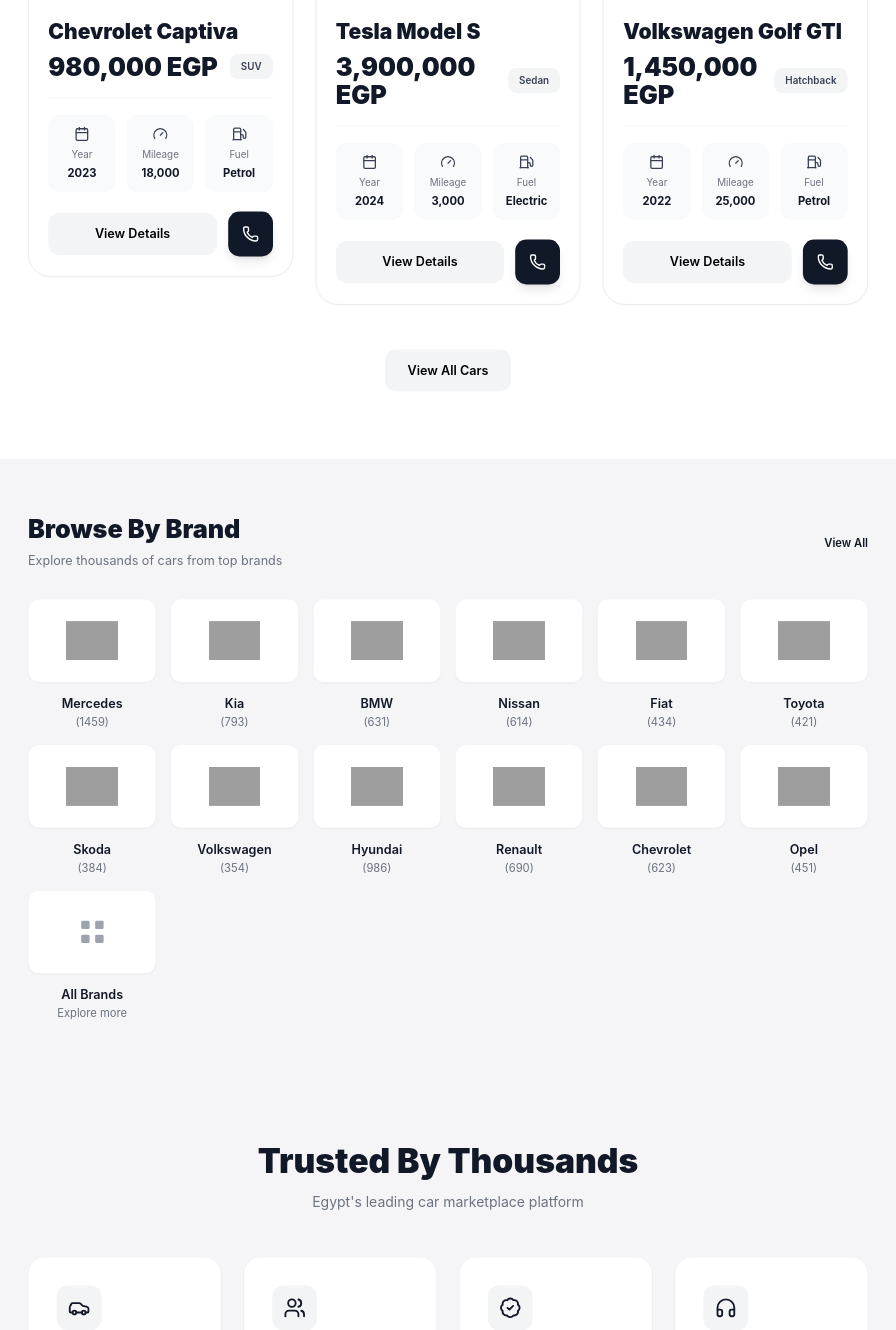
Repository: Hazem-Amr/Car-Price-Prediction
Page: / (app in frontend/)
The author's editor kept a copy of each file at every save. The page is drawn from the files as they stood at one save, then again after the next save.
The browser window is 1280 px wide. The pictures show the part of the page from y = 4105 to 6005 px (the page is 7592 px tall), at 70% of full size.
Pictures or frames that could not be fetched are drawn as grey boxes. The project was rebuilt for these pictures with package versions that can differ from the ones it lists, and the page was loaded fresh each time. Also part of the build but not shown: frontend/vite.config.js, frontend/src/components/PricePredictorSection.jsx, frontend/src/data/userListings.js, frontend/src/components/CarsFilter.jsx, frontend/src/pages/Cars.jsx, frontend/src/pages/CarDetails.jsx, frontend/src/pages/Brands.jsx, frontend/src/pages/About.jsx and 5 more.

Above is the page before, as saved 2026-05-27 23:41:16.

### frontend/index.html
<!doctype html>
<html lang="en">
  <head>
    <meta charset="UTF-8" />
    <link rel="icon" type="image/svg+xml" href="/favicon.svg" />
    <meta name="viewport" content="width=device-width, initial-scale=1.0" />
    <title>Tara</title>
  </head>
  <body>
    <div id="root"></div>
    <script type="module" src="/src/main.jsx"></script>
  </body>
</html>

### frontend/src/App.jsx
import React from "react";
import { Routes, Route } from "react-router-dom";
import MainLayout from "./layouts/MainLayout";
import Home from "./pages/Home";
import Cars from "./pages/Cars";
import CarDetails from "./pages/CarDetails";
import Brands from "./pages/Brands";
import About from "./pages/About";
import Contact from "./pages/Contact";
import PricePredictor from "./pages/PricePredictor";
import SellCar from "./pages/SellCar";

export default function App() {
  return (
    <Routes>
      <Route path="/" element={<MainLayout />}>
        <Route index element={<Home />} />
        <Route path="/cars" element={<Cars />} />
        <Route path="/cars/:id" element={<CarDetails />} />
        <Route path="/brands" element={<Brands />} />
        <Route path="/price-predictor" element={<PricePredictor />} />
        <Route path="/sell-car" element={<SellCar />} />
        <Route path="/about" element={<About />} />
        <Route path="/contact" element={<Contact />} />
      </Route>
    </Routes>
  );
}

### frontend/src/index.css
@tailwind base;
@tailwind components;
@tailwind utilities;

html,
body,
#root {
  width: 100%;
  min-height: 100%;
  margin: 0;
  padding: 0;
  overflow-x: hidden;
}

body {
  font-family: Inter, sans-serif;
  background: #ffffff;
}

* {
  box-sizing: border-box;
}

### frontend/src/layouts/MainLayout.jsx
import React from "react";
import { Outlet } from "react-router-dom";
import Navbar from "../components/Navbar";
import Footer from "../components/Footer";

export default function MainLayout() {
  return (
    <div className="w-full min-h-screen bg-white overflow-x-hidden">
      <Navbar />

      <main className="w-full">
        <Outlet />
      </main>

      <Footer />
    </div>
  );
}

### frontend/src/pages/Home.jsx
import Hero from "../components/Hero";
import SearchBar from "../components/SearchBar";
import FeaturedCars from "../components/FeaturedCars";
import BrandGrid from "../components/BrandGrid";
import StatsSection from "../components/StatsSection";
import CTASection from "../components/CTASection";
import PricePredictor from "../components/PricePredictorSection";
import BrowseCategories from "../components/BrowseCategories";

export default function Home() {
  return (
    <>
      <Hero />
      <SearchBar />
      <BrowseCategories />
      <FeaturedCars />
      <BrandGrid />
      <StatsSection />
      <CTASection />
    </>
  );
}

### frontend/src/components/Navbar.jsx
import React, { useState } from "react";
import { Link, NavLink } from "react-router-dom";
import { Menu, X } from "lucide-react";
import logo from "../assets/logo.png";

const navLinks = [
  {
    name: "Home",
    path: "/",
  },

  {
    name: "Cars",
    path: "/cars",
  },

  {
    name: "Brands",
    path: "/brands",
  },

  {
    name: "AI Pricing",
    path: "/price-predictor",
  },

  {
    name: "About",
    path: "/about",
  },

  {
    name: "Contact",
    path: "/contact",
  },
];

export default function Navbar() {
  const [isOpen, setIsOpen] = useState(false);

  return (
    <header className="fixed top-0 left-0 w-full z-50 bg-white/90 backdrop-blur-xl border-b border-gray-100">
      <div className="max-w-[1400px] mx-auto px-6 md:px-10">
        <div className="flex items-center justify-between h-24">
          {/* Logo */}
          <Link to="/" className="flex items-center">
            <img src={logo} alt="Tara Logo" className="h-14 object-contain" />
          </Link>

          {/* Desktop Nav */}
          <nav className="hidden lg:flex items-center gap-10">
            {navLinks.map((link) => (
              <NavLink
                key={link.name}
                to={link.path}
                className={({ isActive }) =>
                  `text-lg font-semibold transition-all duration-300 ${
                    isActive
                      ? "text-gray-900"
                      : "text-gray-500 hover:text-gray-900"
                  }`
                }
              >
                {link.name}
              </NavLink>
            ))}

            {/* CTA */}
            <Link to="/sell-car">
              <button className="bg-gray-900 hover:bg-black text-white px-7 py-3 rounded-2xl font-semibold transition-all duration-300 shadow-lg">
                Sell Your Car
              </button>
            </Link>
          </nav>

          {/* Mobile Menu Button */}
          <button
            onClick={() => setIsOpen(!isOpen)}
            className="lg:hidden w-12 h-12 rounded-2xl bg-gray-100 flex items-center justify-center"
          >
            {isOpen ? (
              <X size={26} className="text-gray-900" />
            ) : (
              <Menu size={26} className="text-gray-900" />
            )}
          </button>
        </div>
      </div>

      {/* Mobile Menu */}
      {isOpen && (
        <div className="lg:hidden bg-white border-t border-gray-100 shadow-xl">
          <div className="px-6 py-8 flex flex-col gap-5">
            {navLinks.map((link) => (
              <NavLink
                key={link.name}
                to={link.path}
                onClick={() => setIsOpen(false)}
                className={({ isActive }) =>
                  `text-lg font-semibold transition ${
                    isActive
                      ? "text-gray-900"
                      : "text-gray-500 hover:text-gray-900"
                  }`
                }
              >
                {link.name}
              </NavLink>
            ))}

            {/* Mobile CTA */}
            <Link to="/sell-car" onClick={() => setIsOpen(false)}>
              <button className="mt-4 w-full bg-gray-900 hover:bg-black text-white h-14 rounded-2xl font-semibold transition">
                Sell Your Car
              </button>
            </Link>
          </div>
        </div>
      )}
    </header>
  );
}

### frontend/src/components/Hero.jsx
import React from "react";
import { Link } from "react-router-dom";

export default function Hero() {
  return (
    <section className="w-full bg-[#f5f5f7] py-24 overflow-hidden">
      <div className="max-w-[1400px] mx-auto px-6 md:px-10 grid lg:grid-cols-2 gap-16 items-center">
        <div>
          <h1 className="text-6xl font-black leading-tight text-gray-900 mb-8">
            Find Your
            <br />
            Perfect Car
          </h1>

          <p className="text-xl text-gray-600 leading-9 mb-10">
            Buy and sell used cars easily with a modern marketplace experience.
          </p>

          <Link to="/cars">
            <button className="bg-[#111827] hover:bg-black text-white px-8 py-5 rounded-2xl text-lg font-semibold transition-all duration-300 shadow-lg">
              Browse Cars
            </button>
          </Link>
        </div>

        <div>
          <img
            src="https://images.unsplash.com/photo-1492144534655-ae79c964c9d7"
            alt="car"
            className="w-full h-[500px] object-cover rounded-[40px] shadow-2xl"
          />
        </div>
      </div>
    </section>
  );
}

### frontend/src/components/FeaturedCars.jsx
import React, { useState } from "react";
import { Link } from "react-router-dom";
import CarCard from "./CarCard";
import { cars } from "../data/cars";

const tabs = [
  {
    id: "all",
    label: "Featured Cars",
  },

  {
    id: "latest",
    label: "Latest Listings",
  },

  {
    id: "luxury",
    label: "Luxury Cars",
  },

  {
    id: "budget",
    label: "Budget Cars",
  },
];

export default function FeaturedCars() {
  const [activeTab, setActiveTab] = useState("all");

  const filteredCars =
    activeTab === "all"
      ? cars
      : cars.filter((car) => car.category === activeTab);

  return (
    <section className="py-24 bg-white">
      <div className="max-w-[1400px] mx-auto px-6 md:px-10">
        {/* Header */}
        <div className="flex flex-col lg:flex-row lg:items-center lg:justify-between gap-8 mb-14">
          {/* Title */}
          <div>
            <h2 className="text-5xl font-black text-gray-900 mb-4">
              Explore Cars
            </h2>

            <p className="text-xl text-gray-500">
              Discover premium listings tailored for you
            </p>
          </div>

          {/* Tabs */}
          <div className="flex flex-wrap gap-4">
            {tabs.map((tab) => (
              <button
                key={tab.id}
                onClick={() => setActiveTab(tab.id)}
                className={`px-6 py-3 rounded-2xl font-semibold transition-all duration-300 ${
                  activeTab === tab.id
                    ? "bg-gray-900 text-white shadow-lg"
                    : "bg-gray-100 text-gray-700 hover:bg-gray-100 hover:text-gray-900"
                }`}
              >
                {tab.label}
              </button>
            ))}
          </div>
        </div>

        {/* Cars Grid */}
        <div className="grid grid-cols-1 md:grid-cols-2 xl:grid-cols-3 gap-8">
          {filteredCars.map((car) => (
            <div
              key={car.id}
              className="hover:-translate-y-2 transition duration-300"
            >
              <CarCard car={car} />
            </div>
          ))}
        </div>

        {/* Bottom CTA */}
        <div className="flex justify-center mt-16">
          <Link to="/cars">
            <button className="bg-gray-100 hover:bg-gray-900 hover:text-white transition-all duration-300 px-8 py-4 rounded-2xl font-semibold text-lg">
              View All Cars
            </button>
          </Link>
        </div>
      </div>
    </section>
  );
}

### frontend/src/components/StatsSection.jsx
import React from "react";
import { Car, Users, BadgeCheck, Headphones } from "lucide-react";

const stats = [
  {
    value: "25K+",
    label: "Cars Listed",
    icon: Car,
  },
  {
    value: "10K+",
    label: "Happy Clients",
    icon: Users,
  },
  {
    value: "120+",
    label: "Brands",
    icon: BadgeCheck,
  },
  {
    value: "24/7",
    label: "Support",
    icon: Headphones,
  },
];

export default function StatsSection() {
  return (
    <section className="py-24 bg-[#f5f5f7]">
      <div className="max-w-[1400px] mx-auto px-6 md:px-10">
        {/* Header */}
        <div className="text-center mb-16">
          <h2 className="text-5xl font-black text-gray-900 mb-5">
            Trusted By Thousands
          </h2>

          <p className="text-xl text-gray-500">
            Egypt's leading car marketplace platform
          </p>
        </div>

        {/* Stats */}
        <div className="grid grid-cols-1 sm:grid-cols-2 lg:grid-cols-4 gap-8">
          {stats.map((item) => {
            const Icon = item.icon;

            return (
              <div
                key={item.label}
                className="bg-white rounded-3xl p-10 shadow-sm border border-gray-100 hover:shadow-2xl hover:-translate-y-2 transition-all duration-300"
              >
                {/* Icon */}
                <div className="w-16 h-16 rounded-2xl bg-gray-100 flex items-center justify-center mb-8">
                  <Icon size={32} className="text-gray-900" />
                </div>

                {/* Number */}
                <h3 className="text-5xl font-black text-gray-900 mb-4">
                  {item.value}
                </h3>

                {/* Label */}
                <p className="text-gray-500 text-lg">{item.label}</p>
              </div>
            );
          })}
        </div>
      </div>
    </section>
  );
}

### frontend/src/components/CTASection.jsx
import React from "react";
import { Link } from "react-router-dom";
import ctaCar from "../assets/cta-car.png";

export default function CTASection() {
  return (
    <section className="py-24 bg-white overflow-hidden">
      <div className="max-w-[1400px] mx-auto px-6 md:px-10">
        {/* CTA Card */}
        <div className="relative overflow-hidden rounded-[40px] bg-gradient-to-br from-[#0f172a] via-[#111827] to-[#1e293b] px-10 py-20 md:px-20">
          {/* Background Glow */}
          <div className="absolute top-0 right-0 w-[500px] h-[500px] bg-blue-500/10 rounded-full blur-3xl"></div>

          {/* Grid */}
          <div className="relative z-10 grid lg:grid-cols-2 gap-10 items-center">
            {/* LEFT CONTENT */}
            <div>
              {/* Badge */}
              <div className="inline-flex items-center gap-2 bg-white/10 backdrop-blur px-5 py-2 rounded-full text-white text-sm font-medium mb-8">
                Premium Marketplace
              </div>

              {/* Heading */}
              <h2 className="text-5xl md:text-6xl font-black text-white leading-tight mb-8">
                Ready To Find
                <br />
                Your Dream Car?
              </h2>

              {/* Text */}
              <p className="text-xl text-gray-300 leading-9 mb-12 max-w-2xl">
                Browse thousands of verified premium listings from trusted
                dealers across Egypt.
              </p>

              {/* Buttons */}
              <div className="flex flex-wrap gap-5">
                {/* Explore Cars */}
                <Link to="/cars">
                  <button className="bg-white text-gray-900 hover:bg-gray-200 transition-all duration-300 px-8 py-5 rounded-2xl text-lg font-semibold shadow-xl">
                    Explore Cars
                  </button>
                </Link>

                {/* Sell Your Car */}
                <Link to="/sell-car">
                  <button className="bg-white/10 hover:bg-white hover:text-gray-900 text-white transition-all duration-300 px-8 py-5 rounded-2xl text-lg font-semibold backdrop-blur border border-white/10">
                    Sell Your Car
                  </button>
                </Link>
              </div>
            </div>

            {/* RIGHT SIDE */}
            <div className="relative hidden lg:flex items-center justify-center">
              {/* Large Glow */}
              <div className="absolute w-[500px] h-[500px] bg-blue-500/20 blur-3xl rounded-full"></div>

              {/* Car PNG */}
              <img
                src={ctaCar}
                alt="Luxury Car"
                className="relative z-10 w-[720px] object-contain drop-shadow-[0_40px_80px_rgba(0,0,0,0.55)] hover:scale-105 transition duration-700"
              />

              {/* Floating Card */}
              <div className="absolute bottom-10 left-0 bg-white rounded-3xl px-6 py-5 shadow-2xl z-20">
                <p className="text-gray-500 text-sm mb-1">Premium Listings</p>

                <h3 className="text-4xl font-black text-gray-900">25K+</h3>
              </div>

              {/* Floating Badge */}
              <div className="absolute top-16 right-10 bg-white/10 backdrop-blur border border-white/10 text-white px-5 py-3 rounded-2xl z-20">
                Verified Dealers
              </div>
            </div>
          </div>
        </div>
      </div>
    </section>
  );
}

### frontend/src/data/cars.js
export const cars = [
  {
    id: 1,
    name: "BMW X5 2024",
    price: "6,850,000 EGP",
    image:
      "https://media.ed.edmunds-media.com/bmw/x5/2024/oem/2024_bmw_x5_4dr-suv_xdrive40i_fq_oem_1_815.jpg",
    year: 2024,
    km: "10,000",
    transmission: "Automatic",
    bodyType: "SUV",
    fuelType: "Petrol",
    color: "Blue",
    condition: "Excellent",
    phone: "+201012345678",
  },

  {
    id: 2,
    name: "Mercedes C200",
    price: "4,200,000 EGP",
    image:
      "https://legion-images.hatla2ee.com/original_image/3497b43a-1a5c-475b-a8b5-821b7f71e9b2/large.jpg",
    year: 2023,
    km: "20,000",
    transmission: "Automatic",
    bodyType: "Sedan",
    fuelType: "Petrol",
    color: "Silver",
    condition: "Excellent",
    phone: "+201098765432",
  },

  {
    id: 3,
    name: "Kia Sportage",
    price: "1,850,000 EGP",
    image: "https://cdn.motor1.com/images/mgl/133GM/s1/2022-kia-sportage.jpg",
    year: 2022,
    km: "40,000",
    transmission: "Automatic",
    bodyType: "SUV",
    fuelType: "Petrol",
    color: "Dark blue",
    condition: "Good",
    phone: "+201011122233",
  },

  {
    id: 4,
    name: "Audi RS7",
    price: "12,200,000 EGP",
    image:
      "https://platform.cstatic-images.com/in/v2/stock_photos/72330740-8105-498b-987c-46354017d84c/c6452ec9-9a91-4b72-b6c9-63858634519f.png",
    year: 2024,
    km: "5,000",
    transmission: "Automatic",
    bodyType: "Coupe",
    fuelType: "Petrol",
    color: "white",
    condition: "Excellent",
    phone: "+201055566677",
  },

  {
    id: 5,
    name: "Toyota Corolla",
    price: "1,300,000 EGP",
    image:
      "https://hips.hearstapps.com/mtg-prod/65a4c115adb8a40008364496/015-2023-toyota-corolla-hybrid-in-action.jpg",
    year: 2023,
    km: "15,000",
    transmission: "Automatic",
    bodyType: "Sedan",
    fuelType: "Petrol",
    color: "Magnetic gray",
    condition: "Excellent",
    phone: "+201022233344",
  },

  {
    id: 6,
    name: "Hyundai Elantra",
    price: "1,250,000 EGP",
    image:
      "https://cdn.motor1.com/images/mgl/GxoB1/s1/2022-hyundai-elantra-n.jpg",
    year: 2022,
    km: "35,000",
    transmission: "Automatic",
    bodyType: "Sedan",
    fuelType: "Petrol",
    color: "White",
    condition: "Good",
    phone: "+201077788899",
  },

  {
    id: 7,
    name: "Porsche Cayenne",
    price: "12,500,000 EGP",
    image:
      "https://cdn.motor1.com/images/mgl/bgm3W6/s3/2024-porsche-cayenne-turbo-e-hybrid-front-3-4.jpg",
    year: 2024,
    km: "2,000",
    transmission: "Automatic",
    bodyType: "SUV",
    fuelType: "Hybrid",
    color: "White",
    condition: "Excellent",
    phone: "+201066677788",
  },

  {
    id: 8,
    name: "Range Rover Sport",
    price: "13,500,000 EGP",
    image:
      "https://media.ed.edmunds-media.com/land-rover/range-rover-sport/2024/oem/2024_land-rover_range-rover-sport_4dr-suv_p550e-autobiography_fq_oem_1_1600.jpg",
    year: 2024,
    km: "1,000",
    transmission: "Automatic",
    bodyType: "SUV",
    fuelType: "Hybrid",
    color: "Red",
    condition: "Excellent",
    phone: "+201044455566",
  },

  {
    id: 9,
    name: "Nissan Sunny",
    price: "690,000 EGP",
    image:
      "https://autobazaardubai.com/wp-content/uploads/2024/08/Sunny-2021-5-1200x750.jpeg",
    year: 2021,
    km: "55,000",
    transmission: "Automatic",
    bodyType: "Sedan",
    fuelType: "Petrol",
    color: "Black",
    condition: "Fair",
    phone: "+201099988877",
  },

  {
    id: 10,
    name: "Chevrolet Captiva",
    price: "980,000 EGP",
    image:
      "https://www.carsooq.com/storage/uploads/247815/conversions/2023-chevrolet-captiva-premier-with-warranty-1-5l-150-hp-7-seater-5-door-automatic-petrol-front-wheel-drive-7-seats-5-doors-1754155214-large.webp",
    year: 2023,
    km: "18,000",
    transmission: "Automatic",
    bodyType: "SUV",
    fuelType: "Petrol",
    color: "Brown",
    condition: "Excellent",
    phone: "+201033344455",
  },

  {
    id: 11,
    name: "Tesla Model S",
    price: "3,900,000 EGP",
    image: "https://images.unsplash.com/photo-1503736334956-4c8f8e92946d",
    year: 2024,
    km: "3,000",
    transmission: "Automatic",
    bodyType: "Sedan",
    fuelType: "Electric",
    color: "Black",
    condition: "Excellent",
    phone: "+201088899900",
  },

  {
    id: 12,
    name: "Volkswagen Golf GTI",
    price: "1,450,000 EGP",
    image: "https://images.unsplash.com/photo-1544636331-e26879cd4d9b",
    year: 2022,
    km: "25,000",
    transmission: "Automatic",
    bodyType: "Hatchback",
    fuelType: "Petrol",
    color: "Red",
    condition: "Good",
    phone: "+201011199988",
  },
];

Loaded but not shown: frontend/src/main.jsx (common file); frontend/tailwind.config.js (common file); frontend/src/components/BrandGrid.jsx (154 lines, source omitted); frontend/src/components/Footer.jsx (125 lines, source omitted); frontend/src/components/CarCard.jsx (112 lines, source omitted); frontend/src/components/BrowseCategories.jsx (160 lines, source omitted); frontend/src/components/SearchBar.jsx (103 lines, source omitted)

After the next save:
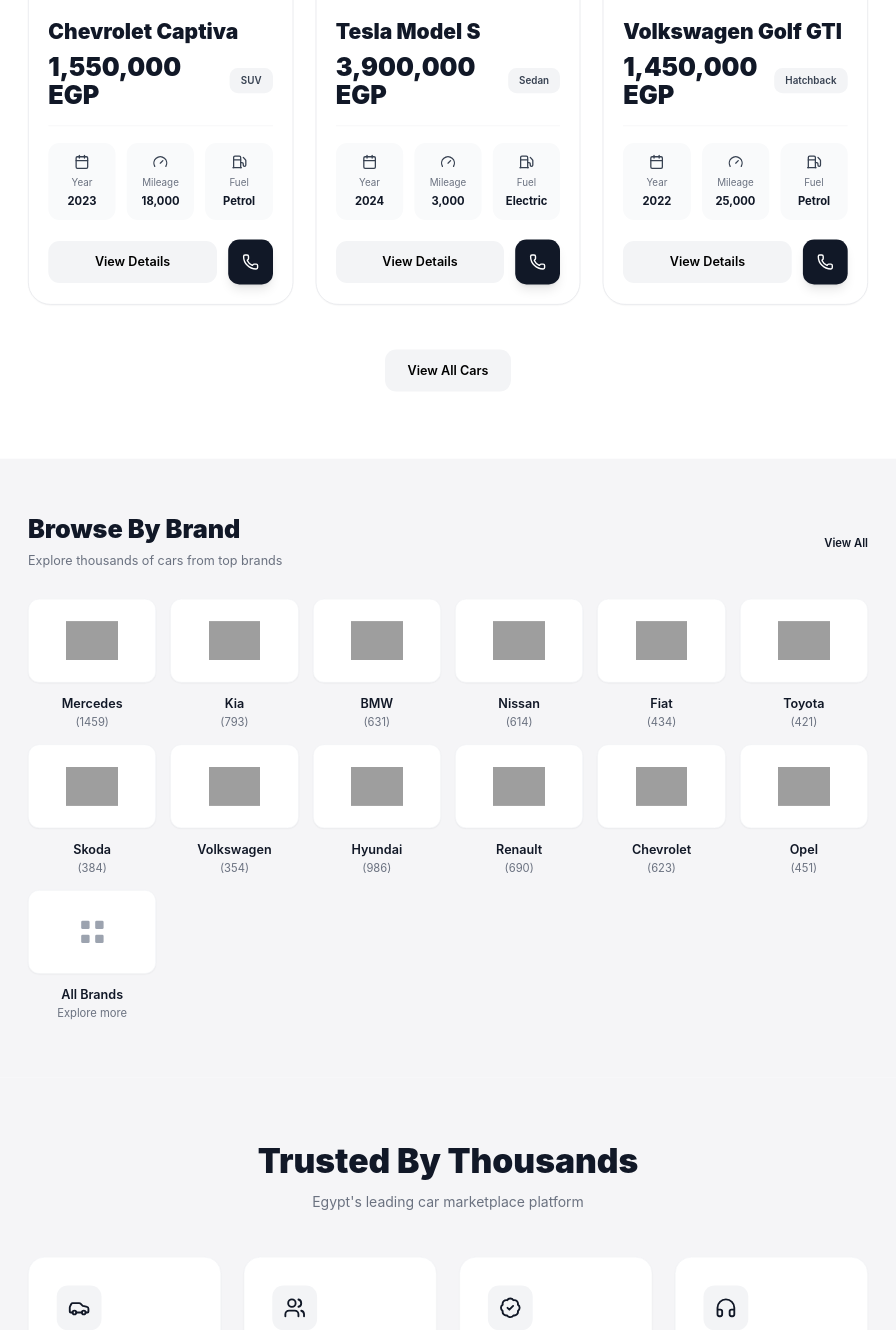
Saved 62 s later.
--- a/frontend/src/data/cars.js
+++ b/frontend/src/data/cars.js
@@ -145,7 +145,7 @@
   {
     id: 10,
     name: "Chevrolet Captiva",
-    price: "980,000 EGP",
+    price: "1,550,000 EGP",
     image:
       "https://www.carsooq.com/storage/uploads/247815/conversions/2023-chevrolet-captiva-premier-with-warranty-1-5l-150-hp-7-seater-5-door-automatic-petrol-front-wheel-drive-7-seats-5-doors-1754155214-large.webp",
     year: 2023,
